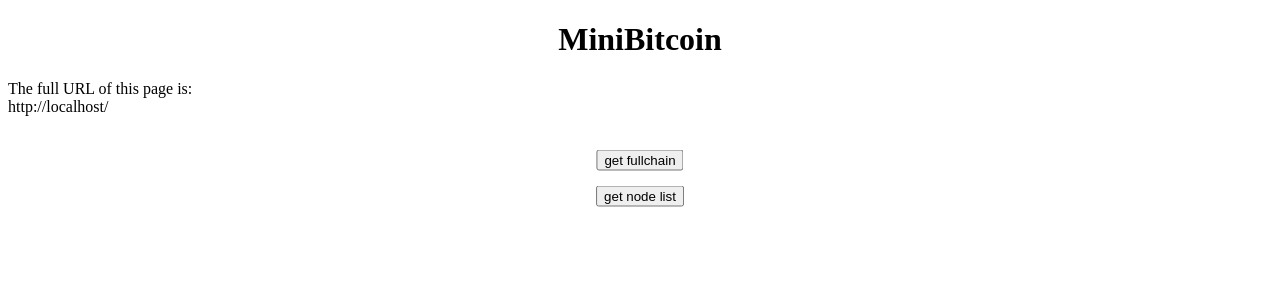
Repository: lam4562311/Minibitcoin
Page: http://localhost/
An editor plug-in stored every save of this project. The page is shown before and after the next save, followed by the edit.
The browser window is 1280 px wide. The pictures show the whole page.
Some web libraries are served in a nearby version. The page is served by the project's application, run on Flask 3 (bitcoin-5003.py).

Above is the page before, as saved 2022-04-08 23:05:36.

### templates/homepage.html
<!DOCTYPE html>
<html>
<head>
    <style>
        .center {
          margin:10px 0px 10px 0px;
          position: absolute;
          left: 50%;
          -ms-transform: translate(-50%, -50%);
          transform: translate(-50%, -50%);
        }
        </style>
</head>
    <body>

        <h1><center> MiniBitcoin </center></h1>

        <p id="demo"></p>

        <script>
        document.getElementById("demo").innerHTML =
        "The full URL of this page is:<br>" + window.location.href;
        </script>

        <span id="queryString"></span>

        <span id="fullchain_span"></span>
        <br>
        <div class="center">
            <button id="get_chain_bt">get fullchain</button>
        </div>
        <br>
        <span id="node_list_span"></span>
        <br>
        <div class="center">
            <button id="get_node_bt">get node list</button>
        </div>
        <br>
    <script src="//ajax.googleapis.com/ajax/libs/jquery/1.9.1/jquery.min.js"></script>
    <script src="{{url_for("static", filename="index.js")}}"></script>
    </body>
</html>

### bitcoin-5003.py
from operator import contains
import wx
from bitcoinclass import Transaction,Wallet,Block,Blockchain
from flask import Flask, jsonify, request, render_template, redirect, url_for, send_file
from urllib.parse import urlparse
import json
import re
import requests
import io
import logging
app = Flask(__name__)

#Flask API
@app.route('/new_transaction', methods=['POST'])
def new_transaction():
    values = request.form

    # Check that the required fields are in the PoST'ed data
    required = ['recipient_address', 'amount']
    if not all(k in values for k in required):
        return 'Missing values', 400

    #Create a new Transaction
    transaction = Transaction(myWallet.identity, values['recipient_address'], values[ 'amount'])
    transaction.add_signature(myWallet.sign_transaction(transaction))
    transaction_result = blockchain.add_new_transaction(transaction)

    if transaction_result:
        response = { 'message': 'Transaction will be added to Block'}
        return jsonify(response), 201
    else:
        response = {'message': 'Invalid Transaction!'}
        return jsonify(response), 406

@app.route( '/get_transactions' , methods=[ 'GET'])
def get_transactions():
    #Get transactions from transactions pool
    transactions = blockchain.unconfirmed_transactions
    response = {'transactions' : transactions}
    return jsonify(response), 200

@app.route('/chain', methods=['GET'])
def last_ten_blocks():
    response = {
        'chain' : blockchain.chain[-10:],
        'length': len(blockchain.chain),
    }
    return jsonify(response), 200


@app.route('/fullchain', methods=['GET'])
def full_chain():
    response = {
    'chain' : json.dumps(blockchain.chain),
    'length' : len(blockchain.chain),
    }
    return jsonify (response), 200

@app.route('/get_nodes', methods=['GET'])
def get_nodes():
    nodes = list(blockchain.nodes)
    response = {'nodes' : nodes}
    return jsonify(response), 200

@app.route('/register_node', methods=['POST'])
def register_node():
    values = request.form
    node = values.get('node')
    com_port = values.get('com_port')
    if node is None and com_port is None:
        return "Error: Please supply a valid list of nodes", 400
    if com_port is not None:
        blockchain.register_node(request.remote_addr + ":" + com_port)
        node = request.remote_addr + ":" + com_port
        app.logger.warning(node)
    else:
        blockchain.register_node(node)
    node_list = requests.get('http://' + node + '/get_nodes')
    if node_list.status_code == 200:
        node_list = node_list.json()['nodes']
        for node in node_list:
            blockchain.register_node( node)

    for new_nodes in blockchain.nodes:
        requests.post( 'http://' + new_nodes + '/register_node' , data={'com_port':str(port)})

    replaced = blockchain.consensus()
    if replaced:
        app.logger.warning('replaced')
        response ={
        'message' : 'Longer authoritative chain found from peers, replacing ours' ,
        'total_nodes ' : [node for node in blockchain.nodes]}
    else:
        response ={
        'message': 'New nodes have been added,but our chain is authoritative',
        'total_nodes' : [node for node in blockchain.nodes]
    }
    return jsonify(response), 201

@app.route('/consensus', methods=['GET'])
def consensus():
    replaced = blockchain.consensus()
    if replaced:
        app.logger.info('replaced')
        response = {
            'message' : 'our chain was replaced',
        }
    else:
        app.logger.info('not replaced')
        response = {
        'message ' : 'our chain is authoritative',
        }
    return jsonify(response), 200

@app.route('/mine', methods=[ 'GET'])
def mine():
    blockchain.boardcast_transactions(request.host)

    newblock = blockchain.mine(myWallet)
    for node in blockchain.nodes:
        ans = requests.get('http://' + node + '/consensus')
        app.logger.info(ans)
    response = {
        'index' : newblock.index,
        'transactions' : newblock.transactions,
        'timestamp' : newblock.timestamp,
        'nonce' : newblock.nonce,
        'hash' : newblock.hash,
        'previous_hash' : newblock.previous_hash
    }
    return jsonify( response), 200

@app.route('/import_key', methods=['POST'])
def import_key():
    f = request.files['file']
    blob = f.read()
    myWallet.import_key(blob)
    return 'key imported successfully'

@app.route('/export_key', methods=['GET'])
def export_key():
    blob = myWallet.export_key()
    return send_file(
        io.BytesIO(blob),
        mimetype='application/octet-stream',
        as_attachment = True,
        attachment_filename = "keyfile")

@app.route('/get_status', methods=['GET'])
def get_status():
    response ={
        'public_key' : myWallet.identity,
        'balance': blockchain.get_balance(myWallet.identity)
    }
    return jsonify(response),200

@app.route('/update_balance', methods=['PUT'])
def update_balance():
    myWallet.balance = blockchain.get_balance(myWallet.identity)
    response = {'message': 'Balance updated'}
    return jsonify(response), 200

@app.route('/sync_transactions', methods=['GET'])
def sync_transactions():
    result = blockchain.boardcast_transactions(request.host)
    if result:
        response = {
            'message': 'Synchronized Transactions'
        }
    else:
        resonse = {'message': 'False'}
    return jsonify(resonse), 200

@app.route('/')
def index():
    return render_template('homepage.html')

if __name__ == '__main__':
    myWallet = Wallet()
    blockchain = Blockchain()
    port = 5003
    app.logger.setLevel(logging.DEBUG)
    app.run(host='127.0.0.1', port=port, debug = True)

### static/index.js
let get_chain_bt = document.querySelector("#get_chain_bt");
let get_node_bt = document.querySelector("#get_node_bt");

let full_chain_span = document.querySelector("#fullchain_span")
let full_node_span = document.querySelector("#node_list_span")
let querystring_span = document.querySelector("#queryString")

querystring = location.search;
// console.log(querystring);
querystring_span.innerHTML = querystring;
function get_full_chain(){
    $.ajax({
        type: "GET",
        contentType: "application/json; charset=utf-8",
        url:"/fullchain",
        dataType: "json",
        success: (data) => {
            full_chain_span.innerHTML = JSON.stringify(data);
        }
    });
    querystring = window.location.search;
}
function get_node_list(){
    $.ajax(
        {
            type: "GET",
            contentType: "application/json; charset: utf-8",
            url:"/get_nodes",
            dataType: "json",
            success: (data) => {
                full_node_span.innerHTML = JSON.stringify(data);
            }
        }
    )
}
$(get_chain_bt).click(()=>get_full_chain());
$(get_node_bt).click(()=>get_node_list());

After the next save:
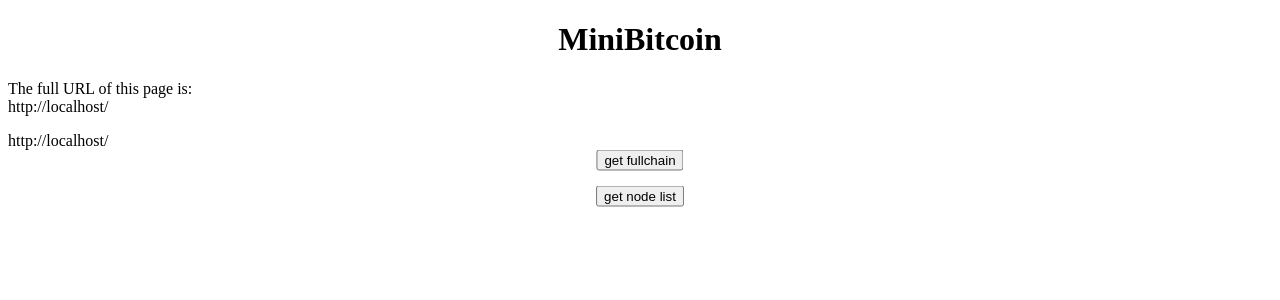
Saved 47 s later.
--- a/static/index.js
+++ b/static/index.js
@@ -5,7 +5,7 @@ let full_chain_span = document.querySelector("#fullchain_span")
 let full_node_span = document.querySelector("#node_list_span")
 let querystring_span = document.querySelector("#queryString")
 
-querystring = location.search;
+querystring = window.location.href;
 // console.log(querystring);
 querystring_span.innerHTML = querystring;
 function get_full_chain(){
